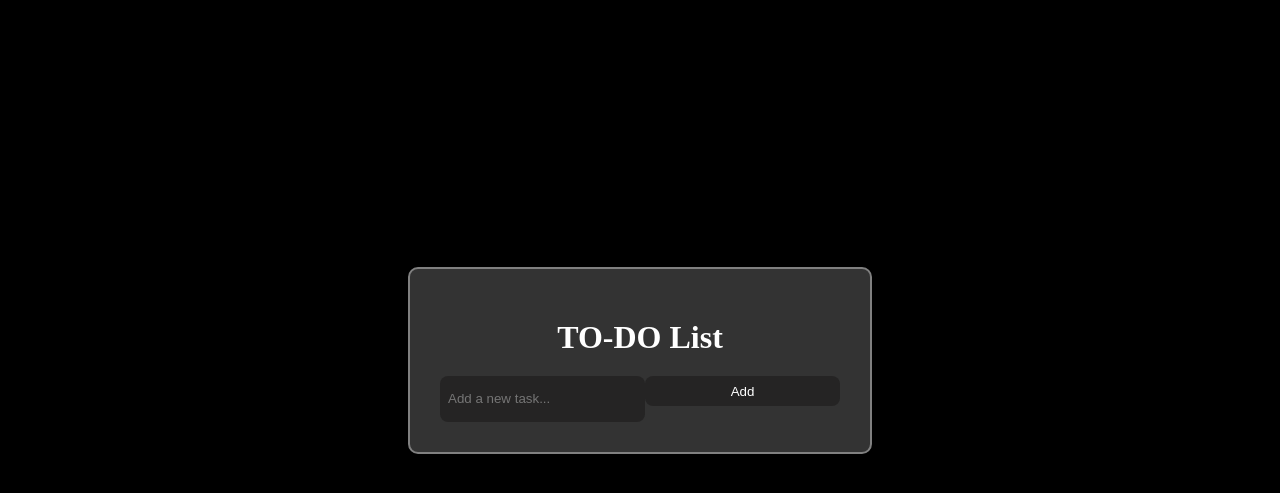
Repository: ksusmitha879-cyber/todo-list
Page: index.html
The author's editor kept a copy of each file at every save. The page is drawn from the files as they stood at one save, then again after the next save.
The browser window is 1280 px wide. The pictures show the whole page.

Above is the page before, as saved 2025-11-28 02:32:15.

After the next save:
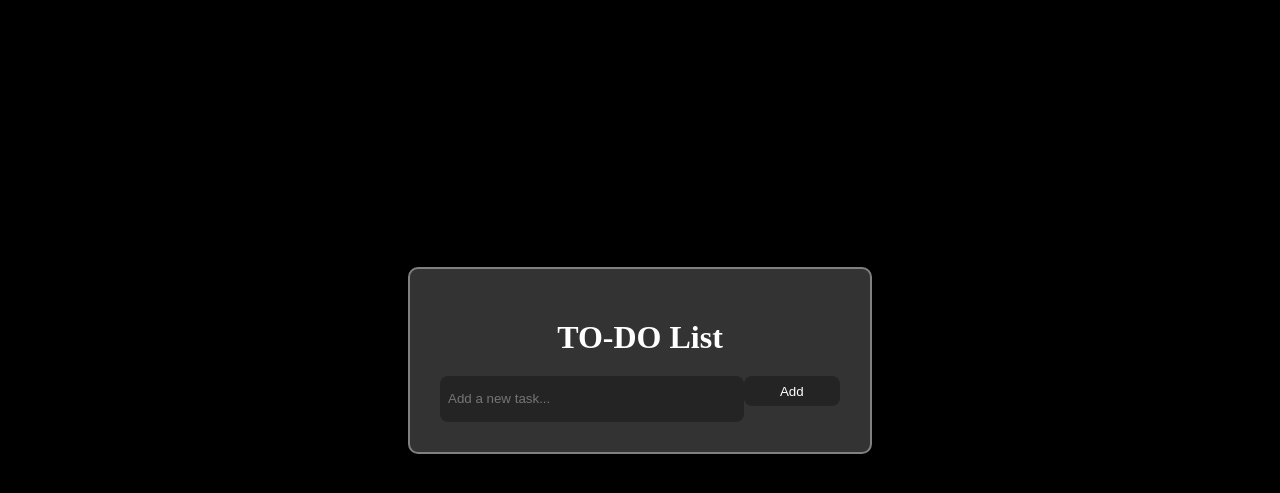
Saved 5 s later.
--- a/style.css
+++ b/style.css
@@ -43,7 +43,7 @@ input{
 .input-container button{
      background-color: #252424;
     color: white;
-    width: 75%;
+    width: 25%;
     height: 30px;
     border-radius: 8px;
     border-style: none;
